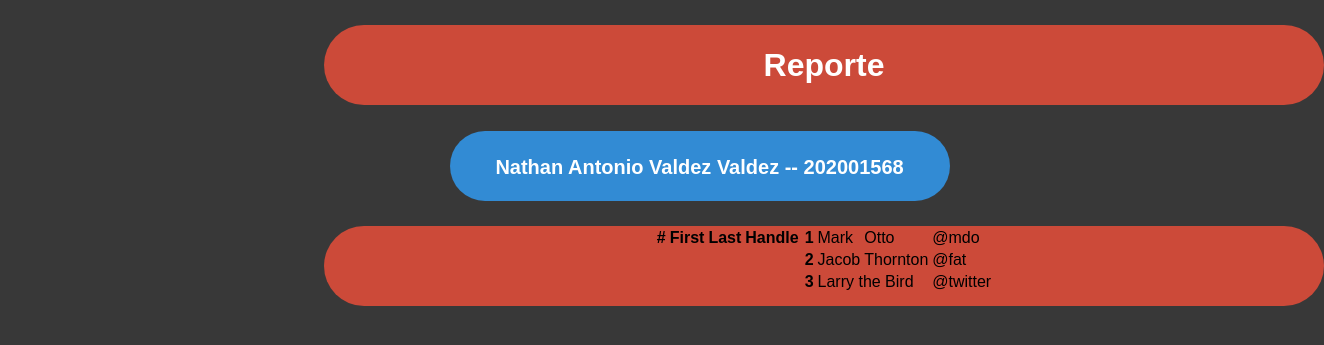
Repository: nathanvdev/LFP_PR_202001568
Page: plantilla.html
An editor plug-in stored every save of this project. The page is shown before and after the next save, followed by the edit.
The browser window is 1280 px wide. The page is 1324 px wide, so the pictures cover 1324 px, including what lies to the right of the window. The pictures show the whole page.

Above is the page before, as saved 2022-02-19 18:57:38.

### plantilla.html

<!DOCTYPE html>
<html lang="en">
<head>
    <meta charset="UTF-8">
    <meta http-equiv="X-UA-Compatible" content="IE=edge">
    <meta name="viewport" content="width=device-width, initial-scale=1.0">
    <title>Document</title>
</head>
<style>
    body{
        font-family: sans-serif;
    }
    .titlebox{
        background-color: rgb(204, 74, 57);
        height: 80px;
        width: 1000px;
        margin: 2%;
        margin-left: 25%;
        border-radius: 45px;


        display: flex;
        justify-content: center;
    }
    .PersonalInfo{
        background-color: rgb(50, 139, 212);
        height: 70px;
        width: 500px;
        margin: 2%;
        margin-top: 0px;
        margin-left: 35%;
        border-radius: 45px;

    }
    .tabla{

    }
</style>
<body style="background-color: rgb(56, 56, 56);">
    <div class="titlebox">
        <h1 style="color: white;">Reporte</h1>
    </div>
    <div class="PersonalInfo">
        <h3 style="color: white;
        margin: 5%; float: left; font-size: 20px; padding-left: 20px;">
            Nathan Antonio Valdez Valdez  --  202001568
        </h3>
    </div>
    <div class="tabla">
<table class="titlebox">
  <thead>
    <tr>
      <th scope="col">#</th>
      <th scope="col">First</th>
      <th scope="col">Last</th>
      <th scope="col">Handle</th>
    </tr>
  </thead>
  <tbody>
    <tr>
      <th scope="row">1</th>
      <td>Mark</td>
      <td>Otto</td>
      <td>@mdo</td>
    </tr>
    <tr>
      <th scope="row">2</th>
      <td>Jacob</td>
      <td>Thornton</td>
      <td>@fat</td>
    </tr>
    <tr>
      <th scope="row">3</th>
      <td colspan="2">Larry the Bird</td>
      <td>@twitter</td>
    </tr>
  </tbody>
</table>
    </div>
</body>
</html>

After the next save:
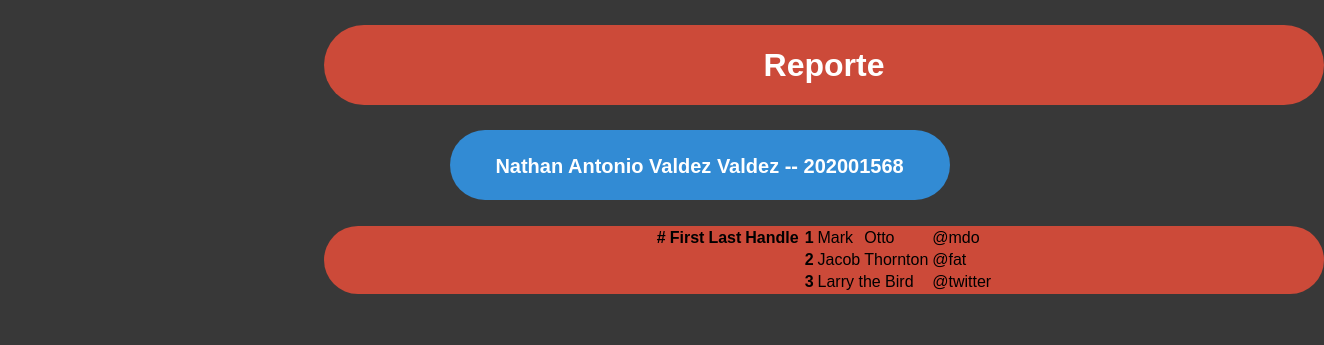
Saved 15 s later.
--- a/plantilla.html
+++ b/plantilla.html
@@ -13,7 +13,7 @@
     }
     .titlebox{
         background-color: rgb(204, 74, 57);
-        height: 80px;
+        height: auto;
         width: 1000px;
         margin: 2%;
         margin-left: 25%;
